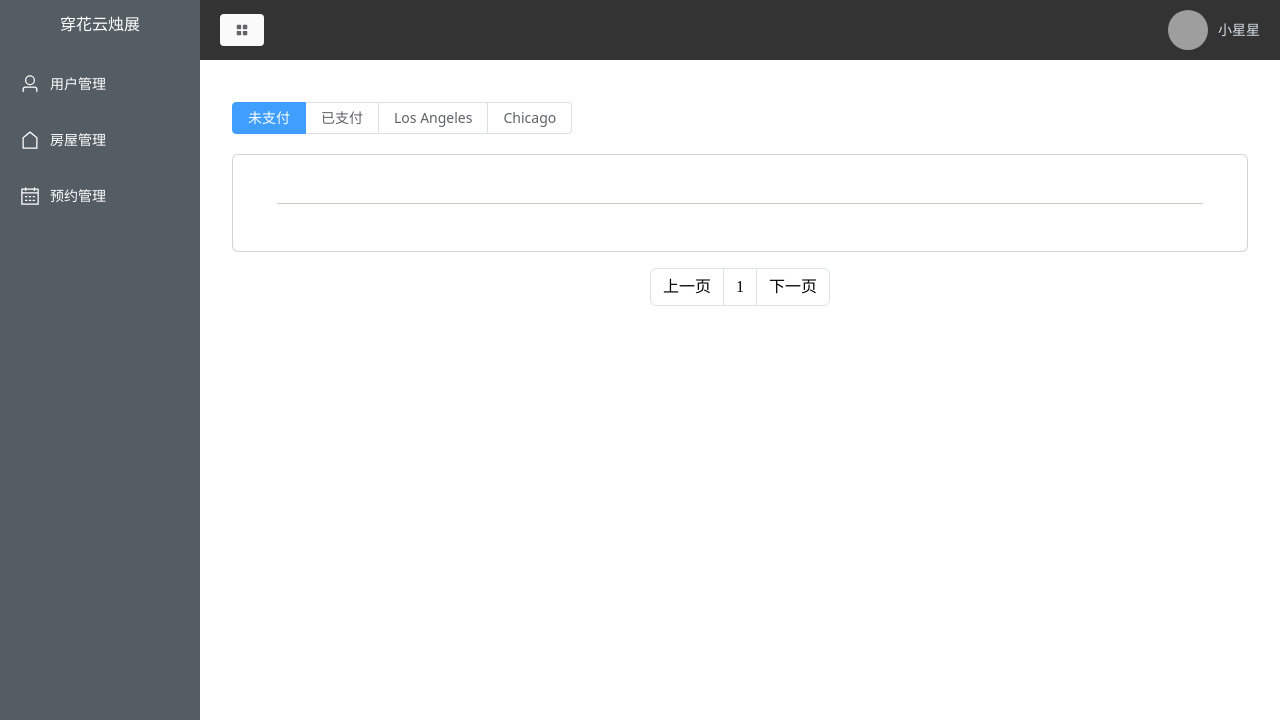
Repository: 3403784285-lucky/test-vue-big
Page: /manage/preview
The author's editor kept a copy of each file at every save. The page is drawn from the files as they stood at one save, then again after the next save.
The browser window is 1280 px wide. The pictures show the whole page.
Pictures or frames that could not be fetched are drawn as grey boxes. The page's requests for data from a server got no answer. The project was rebuilt for these pictures with package versions that can differ from the ones it lists, and the page was loaded fresh each time. No one was signed in, and anything a server would have sent is missing. Also part of the build but not shown: vite.config.js, src/components/HelloWorld.vue, src/components/WelcomeItem.vue, src/components/icons/IconDocumentation.vue, src/components/icons/IconTooling.vue, src/components/icons/IconEcosystem.vue, src/components/icons/IconCommunity.vue, src/components/icons/IconSupport.vue and 2 more. Imported but missing from the stored project, and not drawn on this page: src/views/user/UserPassword.vue.

Above is the page before, as saved 2024-06-20 18:22:46.

After the next save:
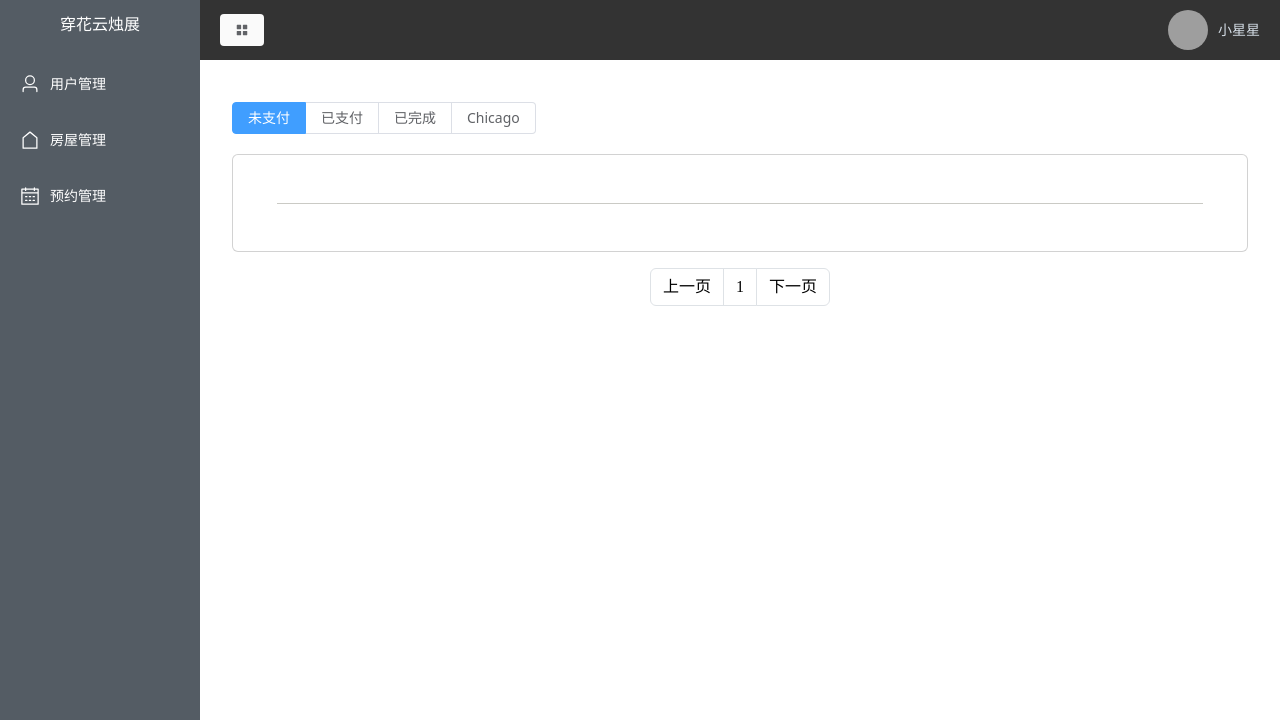
Saved 8 s later.
--- a/src/views/back/PreviewManage.vue
+++ b/src/views/back/PreviewManage.vue
@@ -4,7 +4,7 @@
     <el-radio-group v-model="radio2">
       <el-radio-button label="未支付" value="New York" />
       <el-radio-button label="已支付" value="Washington" />
-      <el-radio-button label="Los Angeles" value="Los Angeles" />
+      <el-radio-button label="已完成" value="Los Angeles" />
       <el-radio-button label="Chicago" value="Chicago" />
     </el-radio-group>
   </div>
